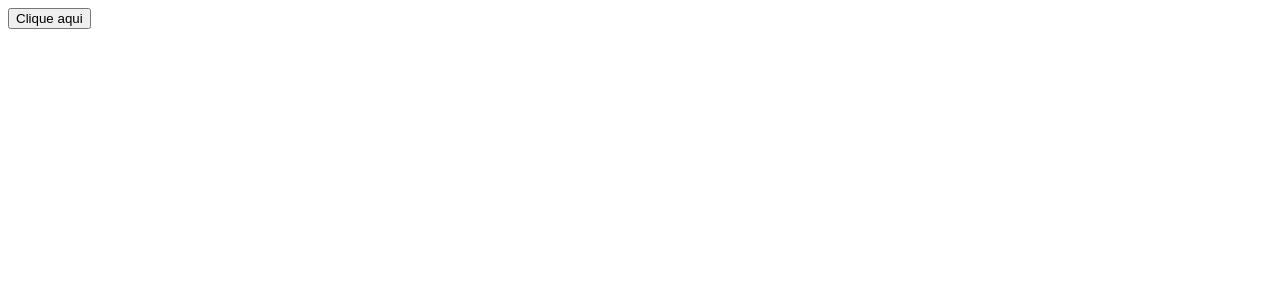
Repository: DaniloBaracho/javascript
Page: index.html
An editor plug-in stored every save of this project. The page is shown before and after the next save, followed by the edit.
The browser window is 1280 px wide. The pictures show the whole page.

Above is the page before, as saved 2020-06-08 17:19:16.

After the next save:
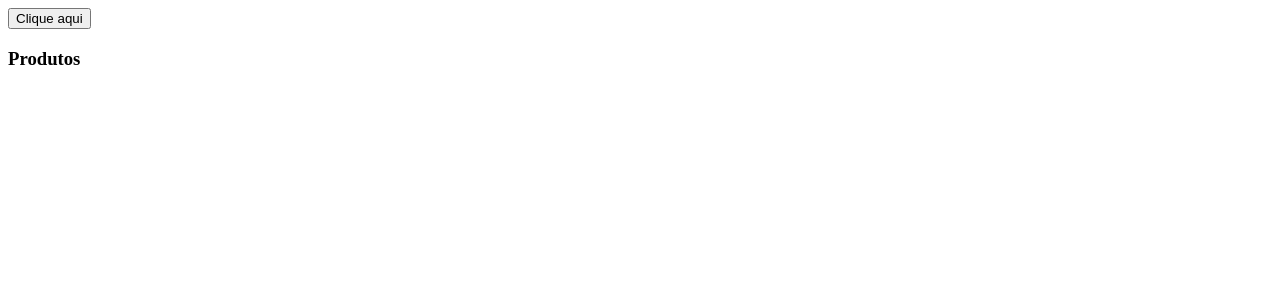
Saved 3 min 28 s later.
--- a/index.html
+++ b/index.html
@@ -10,5 +10,6 @@
 </head>
 <body>
 <button type="button" onclick="butao()">Clique aqui</button>
+<h3 id="produtos">Produtos</h3>
 </body>
 </html>
--- a/JS/butao.js
+++ b/JS/butao.js
@@ -1,3 +1,3 @@
 function butao(){
-    alert("clicar");
+   document.getElementById("produtos").innerHTML="obrigado por ver os produtos";
 }
